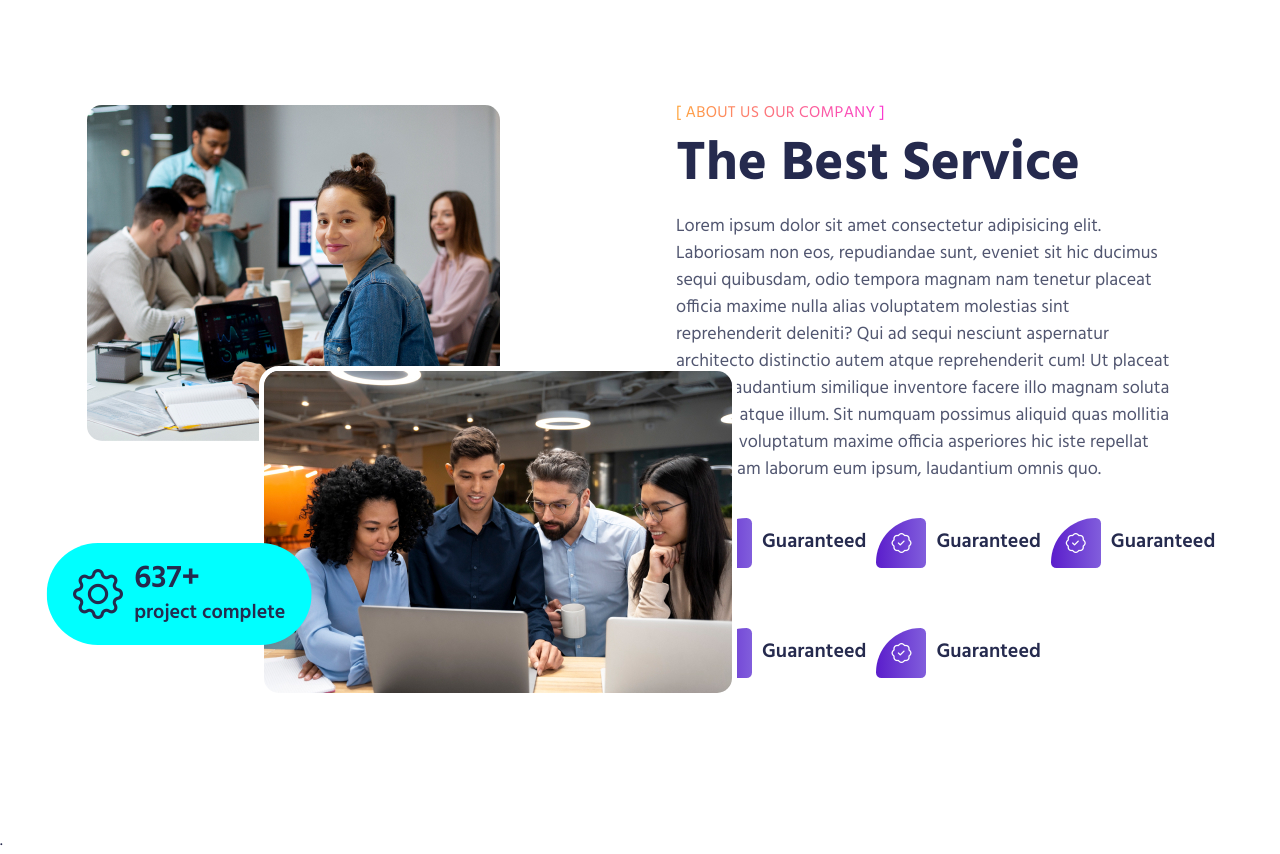
Repository: tagnam/mirehel2.0
Page: about.html
An editor plug-in stored every save of this project. The page is shown before and after the next save, followed by the edit.
The browser window is 1280 px wide. The pictures show the whole page.

Above is the page before, as saved 2025-02-03 12:46:52.

### about.html
<!DOCTYPE html>
<html lang="en">
<head>
    <meta charset="UTF-8">
    <meta name="viewport" content="width=device-width, initial-scale=1.0">
    <title>about</title>
    <link href="https://cdn.jsdelivr.net/npm/bootstrap@5.0.2/dist/css/bootstrap.min.css" rel="stylesheet" integrity="sha384-EVSTQN3/azprG1Anm3QDgpJLIm9Nao0Yz1ztcQTwFspd3yD65VohhpuuCOmLASjC" crossorigin="anonymous">
    <link rel="stylesheet" href="style/css/animation.css">
    <link rel="stylesheet" href="style/css/style.css">
    <link rel="stylesheet" href="style/css/animation.css">
</head>
<body>
<!--======================================== about section ==================================== -->


<section>
    <div class="container">
        <div class="row">
            <div class="col-lg-6">
                <div class="about-left">
                    <figure class="about-img-container">
                        <img class="about-img-001 A-image01" src="images/about-img-1.jpg" alt="">
                        <img class="about-img-001 A-image02" src="images/about-img-2.jpg" alt="">
                    </figure>
                    <div class="project-counter">
                        <div class="project-icon">
                            <i class="bi bi-gear"></i>
                        </div>
                        <div class="project-number">
                            <h2>637+</h2>
                            <p> project complete </p>
                        </div>

                    </div>

                </div>
            </div>
            <div class="col-lg-6">
                <div class="container-fluid " style="margin-bottom: 20px;">


                            <h3 class="sub-heading">[ about us our company ]</h3>
                            <h1 class="title">The Best Service</h1>


                            <div class="about-text">
                                <p>Lorem ipsum dolor sit amet consectetur adipisicing elit. Laboriosam non eos, repudiandae sunt, eveniet sit hic ducimus sequi quibusdam, odio tempora magnam nam tenetur placeat officia maxime nulla alias voluptatem molestias sint reprehenderit deleniti? Qui ad sequi nesciunt aspernatur architecto distinctio autem atque reprehenderit cum! Ut placeat itaque laudantium similique inventore facere illo magnam soluta quis ab, atque illum. Sit numquam possimus aliquid quas mollitia suscipit voluptatum maxime officia asperiores hic iste repellat laboriosam laborum eum ipsum, laudantium omnis quo.</p>

                        </div>
                    </div>
                    <div class="about-right-container">
                        <ul class="about-list">
                            <li class="about-list-item">
                                <div class="col-lg-2 about-icon"><i class="bi bi-patch-check"></i></div>
                                <div class="col-lg-10">
                                    <div class="about-list-title"> Guaranteed</div>

                                </div>
                            </li>

                            <li class="about-list-item">
                                <div class="col-lg-2 about-icon"><i class="bi bi-patch-check"></i></div>
                                <div class="col-lg-10">
                                    <div class="about-list-title">Guaranteed</div>

                                </div>
                            </li>
                            <li class="about-list-item">
                                <div class="col-lg-2 about-icon"><i class="bi bi-patch-check"></i></div>
                                <div class="col-lg-10">
                                    <div class="about-list-title">Guaranteed</div>

                                </div>
                            </li>
                            <li class="about-list-item">
                                <div class="col-lg-2 about-icon"><i class="bi bi-patch-check"></i></div>
                                <div class="col-lg-10">
                                    <div class="about-list-title">Guaranteed</div>

                                </div>
                            </li>
                            <li class="about-list-item">
                                <div class="col-lg-2 about-icon"><i class="bi bi-patch-check"></i></div>
                                <div class="col-lg-10">
                                    <div class="about-list-title">Guaranteed</div>

                                </div>
                            </li>
                        </ul>
                </div>
                </div>

            </div>
        </div>
    </div>
</section>

<!--======================================== end about section ==================================== -->

<!--========================================  service section ==================================== -->

.
<!--======================================== end service section ==================================== -->







    <script src="https://cdn.jsdelivr.net/npm/bootstrap@5.0.2/dist/js/bootstrap.bundle.min.js" integrity="sha384-MrcW6ZMFYlzcLA8Nl+NtUVF0sA7MsXsP1UyJoMp4YLEuNSfAP+JcXn/tWtIaxVXM" crossorigin="anonymous"></script>
    <script src="https://cdn.jsdelivr.net/npm/@popperjs/core@2.9.2/dist/umd/popper.min.js" integrity="sha384-IQsoLXl5PILFhosVNubq5LC7Qb9DXgDA9i+tQ8Zj3iwWAwPtgFTxbJ8NT4GN1R8p" crossorigin="anonymous"></script>
    <script src="https://cdn.jsdelivr.net/npm/bootstrap@5.0.2/dist/js/bootstrap.min.js" integrity="sha384-cVKIPhGWiC2Al4u+LWgxfKTRIcfu0JTxR+EQDz/bgldoEyl4H0zUF0QKbrJ0EcQF" crossorigin="anonymous"></script>
</body>
</html>

### style/css/animation.css

@keyframes boxmove{
    50% {
        transform: translateX(-20%);
    }
}

### style/css/style.css

@import url('https://fonts.googleapis.com/css2?family=Hind:wght@300;400;500;600;700&family=Inter:ital,opsz,wght@0,14..32,100..900;1,14..32,100..900&family=Open+Sans:ital,wght@0,300..800;1,300..800&family=Oswald:wght@200..700&family=Poppins:ital,wght@0,100;0,200;0,300;0,400;0,500;0,600;0,700;0,800;0,900;1,100;1,200;1,300;1,400;1,500;1,600;1,700;1,800;1,900&family=Raleway:ital,wght@0,100..900;1,100..900&family=Roboto:ital,wght@0,100;0,300;0,400;0,500;0,700;0,900;1,100;1,300;1,400;1,500;1,700;1,900&family=Urbanist:ital,wght@0,100..900;1,100..900&display=swap');
@import url("https://cdn.jsdelivr.net/npm/bootstrap-icons@1.11.3/font/bootstrap-icons.min.css");
*{
    margin: 0;
    padding: 0;
    box-sizing: border-box;
}

:root{
    --primary-color: #252A4E;
    --secondary-color: #a249ed;

}

body{
    font-family: "Hind", serif;

    color:#252A4E;
}

section{
    padding: 100px 0;
}

.row-container{
    margin-top: 50px;
}
.banner-section{
    background-image: url(/images/banner-bg.webp);
    background-size: cover;
    background-position: center;
    /* background-attachment: fixed; */
    /* height: 100vh; */
    position: relative;
    margin: 15px;
    padding: 8px;
}
.section-btn{
    height: 100%;
    display: flex
;
    justify-content: flex-end;
    align-items: flex-end;
}

.title{
    font-size: 55px;
    font-weight: 800;
    line-height: 1;
}

.banner-img{
    position: relative;
    bottom: -89px;
}
.banner-content{
    margin-top: 100px;
    padding-right: 100px;
}

.banner-title{
    font-size: 70px;
    font-weight: 800;
    line-height: 1;
}

.banner-text{
    font-size: 20px;
    font-weight: 400;
    line-height: 1.5;
    margin-top: 20px;
    color:#515670;
}

.banner-title span{
    color: var(--secondary-color);
}
.sub-heading{
    position: relative;
    display: inline-block;
    font-size: 16px;
    letter-spacing: 0.32px;
    line-height: 26px;
    font-weight: 400;
    font-family: var(--galada);
    text-transform: uppercase;
    background: linear-gradient(90deg, #FFA835 -3.85%, #FA3DCC 97.3%, #FA3AD0 100%);
    background-clip: text;
    -webkit-background-clip: text;
    -webkit-text-fill-color: transparent;

    margin-bottom: 12px;
}




.banner-icon{
    width: 100%;
    background: linear-gradient(90deg, #9255CE -2.17%, #BE60FF 100%);
    box-shadow: 0px 0px 20px 0px rgba(0, 0, 0, 0.08);
    border-radius: 30px 45px 30px 30px;
    position: relative;
    padding: 20px;
    top: 28px;
    right: -13px;
}

.banner-icon h2{
    font-size: 45px;
    font-weight: 800;
    /* line-height: 1.5; */
    color: #fff;
    /* margin-bottom: 20px; */
    text-align: start;
    margin: unset;
    line-height: 38px;
    padding: 10px;
}

.banner-icon h4{
    font-size: 27px;
    font-weight: 600;
    line-height: 1.5;
    color: #fff;
    /* margin-top: 20px; */
    text-align: start;
    text-transform: uppercase;
}


.marquee-content{
    background: linear-gradient(90deg, #70DBFF 0%, #DD98FF 100%);
    border-radius: 0 0 35px 30px;
    overflow: hidden;
    padding: 23px 45px;
    width: 100%;
    position: absolute;
    left: 9px;
    bottom: -12px;
    display: flex;
    justify-content: space-between;
    align-items: center;
}


/* <!--===================================== about section end ========================================--> */
.about-right-container{
    padding-left: 50px;
}
.about-text p{
    font-size: 18px;
    line-height: 1.5;
    color: #515670;
    margin-top: 20px;
}

.about-img{
    position: relative;
    transform: translate(30px, 30px);
    width: 100%;
}

.about-figure{
    position: relative;
  background-color: aqua;
  padding: 20px;
}


.about-list{

    list-style: none;
    padding: unset;
    display: grid;
    grid-template-columns: repeat(3, 1fr);
    grid-template-rows: repeat(2, 100px);
    gap: 10px; }


.about-list li{
    display: flex;
    align-items: center;
    margin-bottom: 20px;
    justify-content: space-between;
}

.about-icon{

    display: flex;
    justify-content: center;
    align-items: center;
    background-color:var(--secondary-color);
    width: 50px;
    height: 50px;
    background: linear-gradient(90deg, #5A1CCB -2.17%, #815EDC 100%);
    border-radius: 50px 6px 6px 6px;
}

.about-icon .bi{
    font-size: 20px;
    color: #fff;
    display: flex;
    justify-content: center;
    align-items: center;
}


.about-list-title{
    font-size: 20px;
    line-height: 1.16;
    /* margin-bottom: 4px; */
    font-weight: 600;
    margin-left: 10px;
}

.about-list-text p{
    font-size: 16px;
    line-height: 1.5;
    color: #515670;
    margin: unset;
}
/* <!--===================================== about section end ========================================--> */




/* <!--===================================== service section start ========================================--> */

.service-index {
    width: 100%;
    display: flex;
    justify-content: center;
    align-items: center;
}

.service-index h2{
    position: relative;
    display: inline-block;

    letter-spacing: 0.32px;
margin: unset;
    font-weight: 600;
    font-family: var(--galada);
    text-transform: uppercase;
    background: linear-gradient(90deg, #FFA835 -3.85%, #FA3DCC 97.3%, #FA3AD0 100%);
    background-clip: text;
    -webkit-background-clip: text;
    -webkit-text-fill-color: transparent;

}

.service-title h3{
    font-size: 40px;
    font-weight: 800;
    line-height: 1;
    color: #252A4E;
    margin-bottom: 20px;
}

.service-row{
    border-bottom: 2px solid red;
    margin-bottom: 30px;
}

.service-icon{
    display: flex;
    justify-content: center;
}

.service-icon .bi{
    font-size: 45px;
    color:red;
    display: flex;
    justify-content: center;
    align-items: center;
}
/* <!--===================================== service section end ========================================--> */




/* <!--===================================== project section start========================================--> */




/* <!--===================================== project section start========================================--> */





/* <!--===================================== testimonial section start========================================--> */


.testimonial-card{
    background: linear-gradient(90deg, #70DBFF 0%, #DD98FF 100%);
    padding: 0px 20px;
    border-radius: 20px;
}


.testimonial-img{
    height: 58px;
    width: 58px;
    background: red;
    border-radius: 64%;
    border: 2px solid;
}

.testimonial-top{
    padding-bottom: 20px;
    border-bottom: 1px solid #fff;

}


.testimonial-bottom h2{
    font-size: 65px;
    font-weight: 600;
    line-height: 1.5;
    color: #fff;
    margin-top: 20px;
    text-align: start;
    text-transform: uppercase;
}

.testimonial-bottom p{
    font-size: 20px;
    line-height: 1.5;
    color: #fff;
    margin: unset;
}

  .testimonial .testimonial-content {
    margin: 10px 10px 0;
    /* background: #efefef; */
    padding: 0px 60px;
    position: relative;
    border: none;
    border-radius: 8px;
    font-style: italic;
    font-size: 25px;
    border: 2px solid;
    border-radius: 20px;
  }

  .testimonial .testimonial-content:before,
  .testimonial .testimonial-content:after {
    content: "\201C";
    position: absolute;
    font-size: 80px;
    line-height: 1;
    color: #757f9a;
    font-style: normal;
  }

  .testimonial .testimonial-content:before {
    top: 0;
    left: 10px;
  }

  .testimonial .testimonial-content:after {
    content: "\201D";
    right: 10px;
    bottom: -0.5em;
  }

.testimonial-start{
    display: flex    ;
        justify-content: left;
        align-items: center;
        margin: 20px 0px;
}

.testimonial-start .bi{
    margin: 0px 5px;
    font-size: 20px;
}
/* <!--===================================== testimonial section start========================================--> */

/* <!--===================================== project section start========================================--> */
.project-img{
    height: 550px;
}

.project-card .project-img {
    transition: 1ms ease-in-out;
}

.project-card:hover .project-img{
    transform: scaleX(1) scaleY(1) scaleZ(0.1) rotateX(15deg) rotateY(0deg) rotateZ(0deg) translateX(0px) translateY(0px) translateZ(0px) skewX(0deg) skewY(0deg);
}

.project-content{
    margin-top: -100px;
    z-index: 1;
}
/* <!--===================================== project section end========================================--> */



/* <!--===================================== choice section start========================================--> */

.choice-container{
    position: relative;
    padding: 10px;
    background-color: transparent;
height: 400px;
border: 15px solid transparent;
  /* border-image:linear-gradient(180deg, red 0%, #00000000 90.04%); */
  /* border-image:linear-gradient(180deg, #00000000  0%, red 90.04%); */
  border-image-slice: 1;
border-radius: 20px;
background: linear-gradient(white, white) padding-box,
linear-gradient(180deg, red 0%, #00000000 90.04%) border-box;
}

/* <!--===================================== choice section end========================================--> */


















/* ----------------------------new about  */

.about-img-container{
    position: relative;
}
.about-img-001{
    border-radius: 20px;
    border: 5px solid #fff;
}

.A-image01{

}

.A-image02{
    margin-top: -80px;
    margin-left: 177px;
}

.project-counter{
    width: 265px;
    background-color: aqua;
    display: flex;
    justify-content: space-evenly;
    border-radius: 100px 100px 100px 100px;
    align-items: center;
    padding: 17px 15px;
    position: absolute;
    bottom: 75px;
    background-size: cover;
    background-position: center center;
    transition: all .4s ease;
    animation: boxmove 3s infinite linear alternate;

}

.project-counter:hover{
    background-color: #fff;
}

.project-icon .bi{
    display: flex;
    font-size: 50px;
}

.project-number h2{
    margin: unset;
    font-weight: 600;
}

.project-number p{
    margin: unset;
    font-weight: 600;
    font-size: 20px;

}

After the next save:
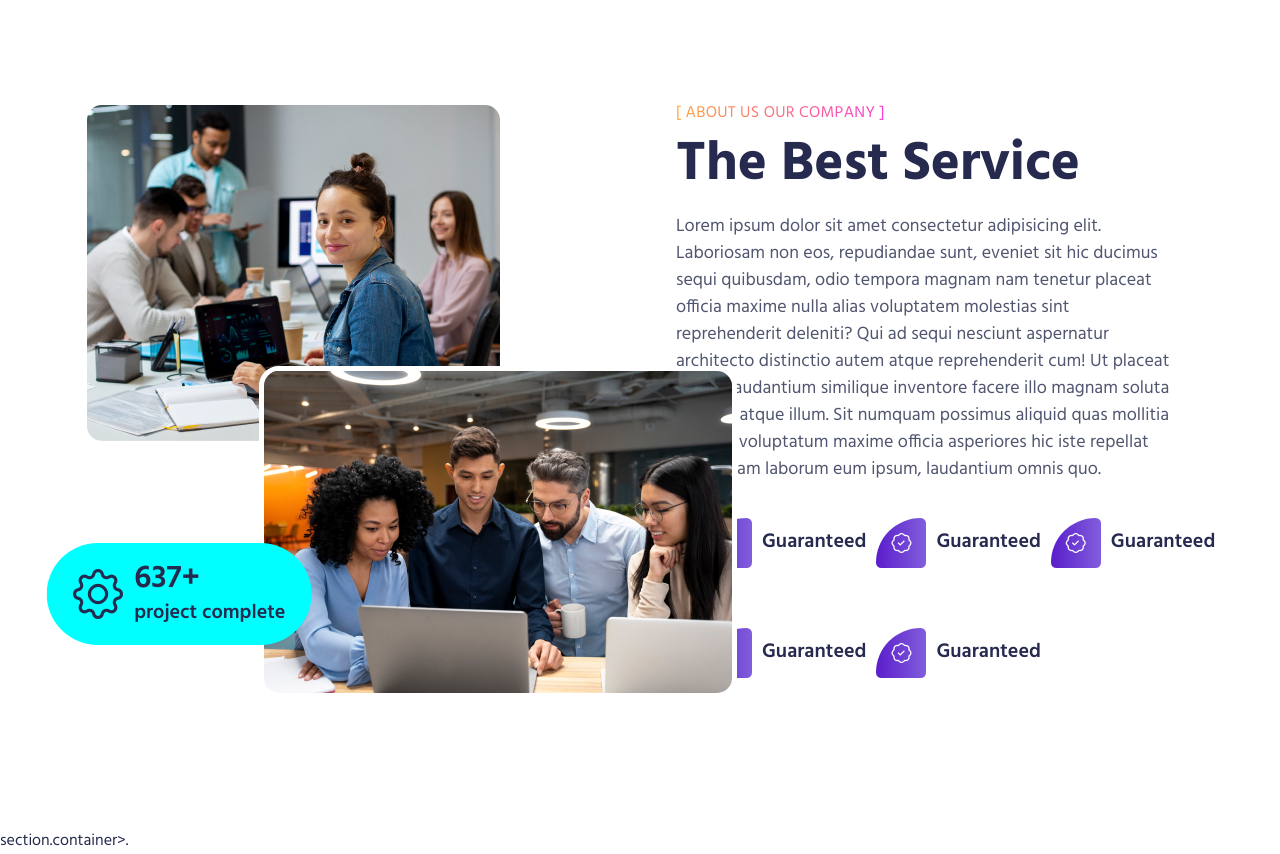
Saved 10 s later.
--- a/about.html
+++ b/about.html
@@ -99,7 +99,7 @@
 
 <!--========================================  service section ==================================== -->
 
-.
+section.container>.
 <!--======================================== end service section ==================================== -->
 
 
